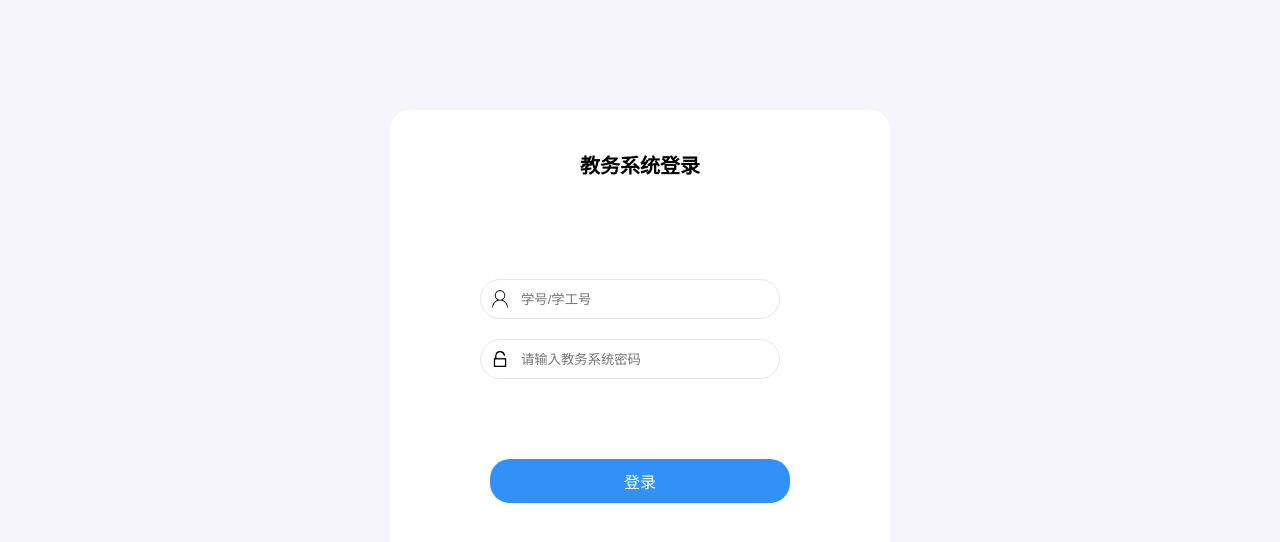
Repository: yangziteng/System
Page: / (app in myreact/)
These files come from the project's save history. The page is drawn as it stood at one moment and after the next save; the edit follows.
The browser window is 1280 px wide. The pictures show the whole page.
The project was rebuilt for these pictures with package versions that can differ from the ones it lists, and the page was loaded fresh each time. Also part of the build but not shown: myreact/vite.config.js, myreact/src/App.css, myreact/src/App.jsx, myreact/src/log.jsx.

Above is the page before, as saved 2022-07-08 14:51:52.

After the next save:
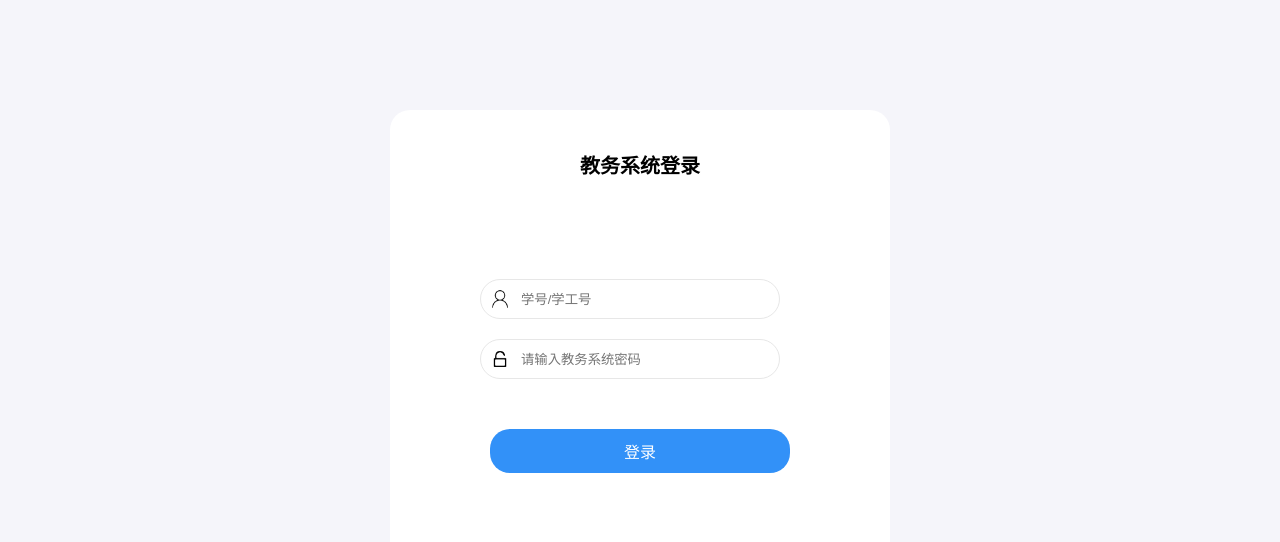
Saved 7 s later.
--- a/myreact/src/pages/Login/Login.css
+++ b/myreact/src/pages/Login/Login.css
@@ -67,5 +67,5 @@ input{
     text-align: center;
     color:white;
     margin:0 auto;
-    margin-top:80px;
+    margin-top:50px;
 }
